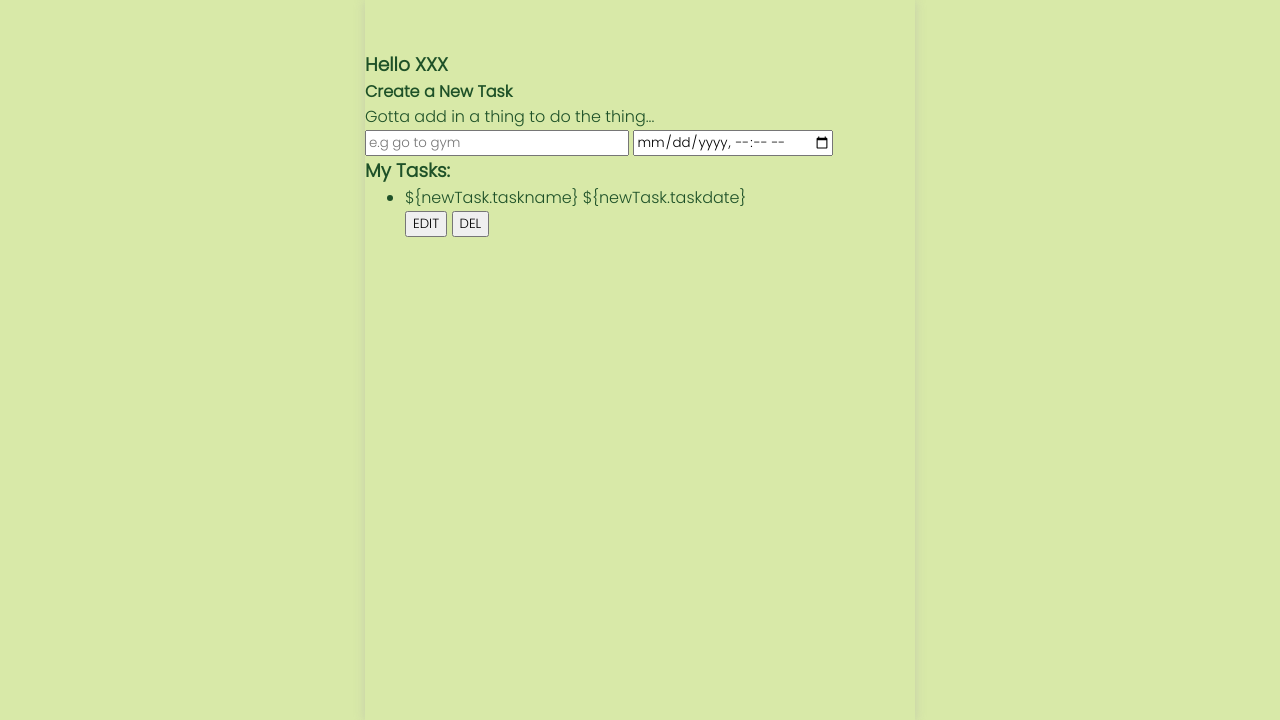
Repository: acidpixie/todo-app-version3
Page: index.html
The author's editor kept a copy of each file at every save. The page is drawn from the files as they stood at one save, then again after the next save.
The browser window is 1280 px wide. The pictures show the whole page.

Above is the page before, as saved 2022-06-11 15:31:31.

### index.html
<!DOCTYPE html>
<html lang="en">
<head>
    <meta charset="UTF-8">
    <meta http-equiv="X-UA-Compatible" content="IE=edge">
    <meta name="viewport" content="width=device-width, initial-scale=1.0">
    <title>Todo Application</title>

    <link rel="stylesheet" type="text/css" href="/css/stylesheet.css">
    <script type="text/javascript" src="/js/script.js" defer></script>

    <!--google fonts - poppins-->
    <link rel="preconnect" href="https://fonts.googleapis.com">
    <link rel="preconnect" href="https://fonts.gstatic.com" crossorigin>
    <link href="https://fonts.googleapis.com/css2?family=Poppins:wght@200;300&display=swap" rel="stylesheet">


</head>
<body>

    <section>
        <header class="heading">
        <h3>Hello XXX</h3>
        </header>

        <div>
            <h4>Create a New Task</h4>
            <form>
                <label>Gotta add in a thing to do the thing...</label>
                <input type="text" id="input-task" placeholder="e.g go to gym">
                <input type="datetime-local" id="input-date">
                </label>
            </form>
       </div>
    </section>

    <section>
        <div id="display-tasks" class="display">
            <h3>My Tasks:</h3>
            <ul class="task-item" id="task-list">
                <li class="list-item" id="list-item" data-id="${newTask.taskId}">
                    <div class="list-container">
                        <span class="list-input" id="list-input">${newTask.taskname}</span>
                        <span class="list-date-input" id="list-date-input">${newTask.taskdate}</span>
                    </div>
                    <div class="list-buttons">
                        <button class="edit-item" id="edit-item">EDIT</button>
                        <button class="delete-item" id="delete-item">DEL</button>
                    </div>
                </li>
            </ul>
        </div>
    </section>


</body>
</html>

### css/stylesheet.css
/*color pallet
#191A19 - black
#1E5128 - dark green
#4E9F3D - light green
#D8E9A8 - whitish green gray
*/



* {
    box-sizing: border-box;
    font-family: "poppins", sans-serif;
    margin: 0;
}

body {
    background-color: #D8E9A8;
    color: #1E5128;
    max-width: 550px;
    min-height: 100vh;
    margin: auto;
    box-shadow: 0 1px 10px 0px rgba(176, 173, 173, 0.467);
    position: relative;
}

.heading {
    padding-top: 50px;
}

Loaded but not shown: js/script.js (no copy from this time; the picture is the same without it)

After the next save:
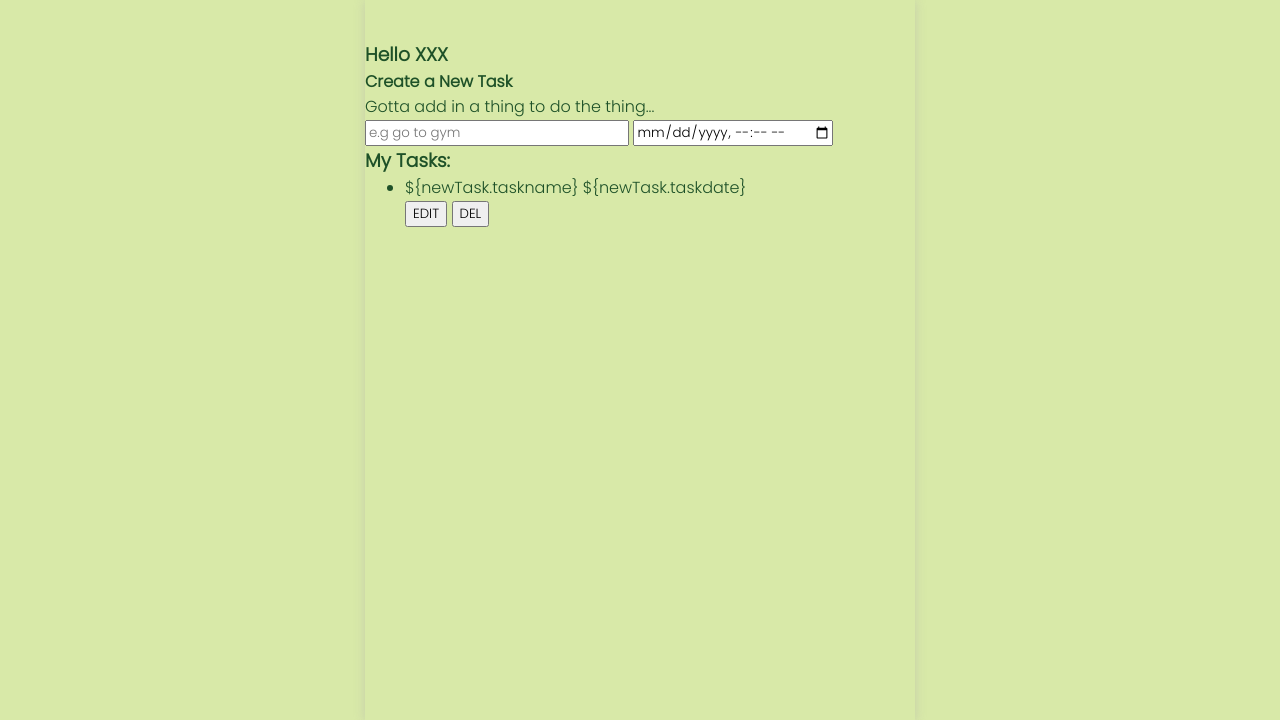
Saved 9 s later.
--- a/css/stylesheet.css
+++ b/css/stylesheet.css
@@ -24,5 +24,5 @@ body {
 }
 
 .heading {
-    padding-top: 50px;
+    padding-top: 40px;
 }
